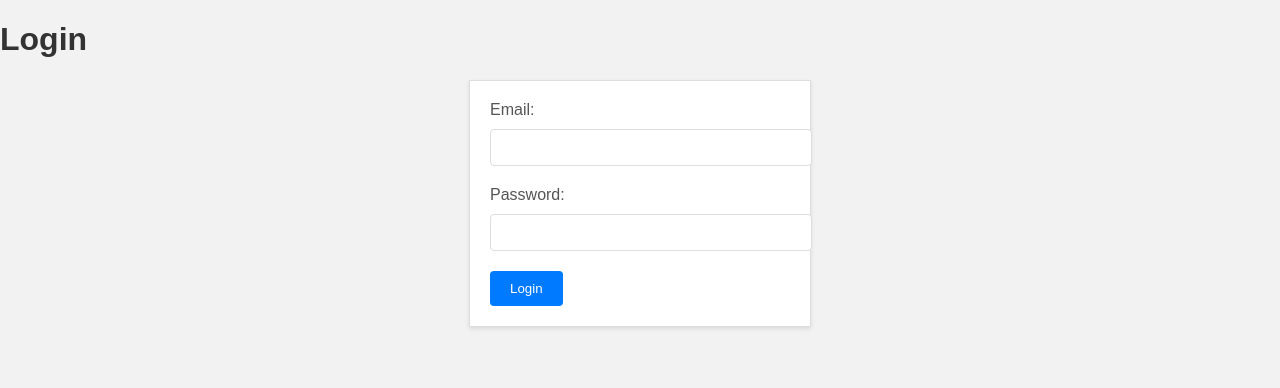
Repository: TemoshoS/User-Profile
Page: http://localhost/login
These files come from the project's save history. The page is drawn as it stood at one moment and after the next save; the edit follows.
The browser window is 1280 px wide. The pictures show the whole page.
The page is served by the project's Node server (app.js).

Above is the page before, as saved 2023-08-01 15:03:20.

After the next save:
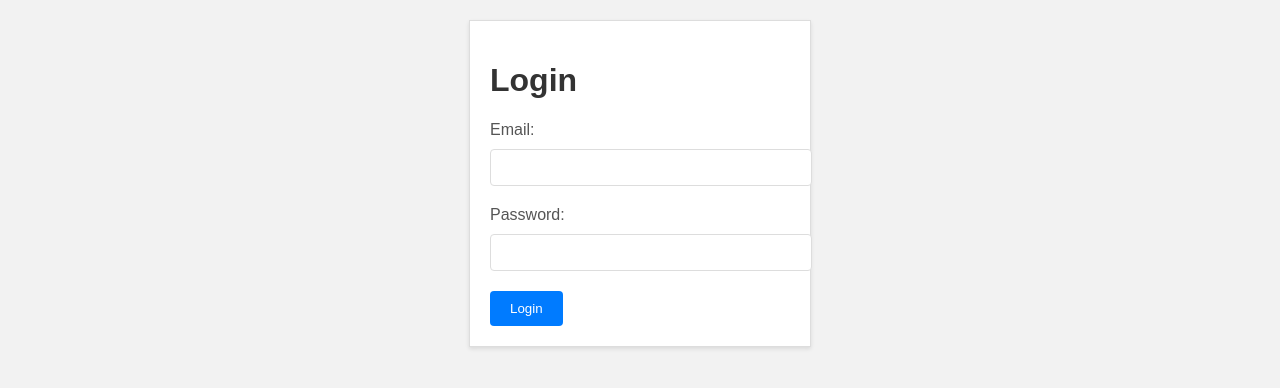
Saved 4 s later.
--- a/views/login.ejs
+++ b/views/login.ejs
@@ -5,9 +5,9 @@
   <link rel="stylesheet"  href="style.css">
 </head>
 <body>
-  <h1>Login</h1>
+
   <form method="post" action="/login">
-
+    <h1>Login</h1>
     <label for="email">Email:</label>
     <input type="email" id="email" name="email" required><br>
     <label for="password">Password:</label>
